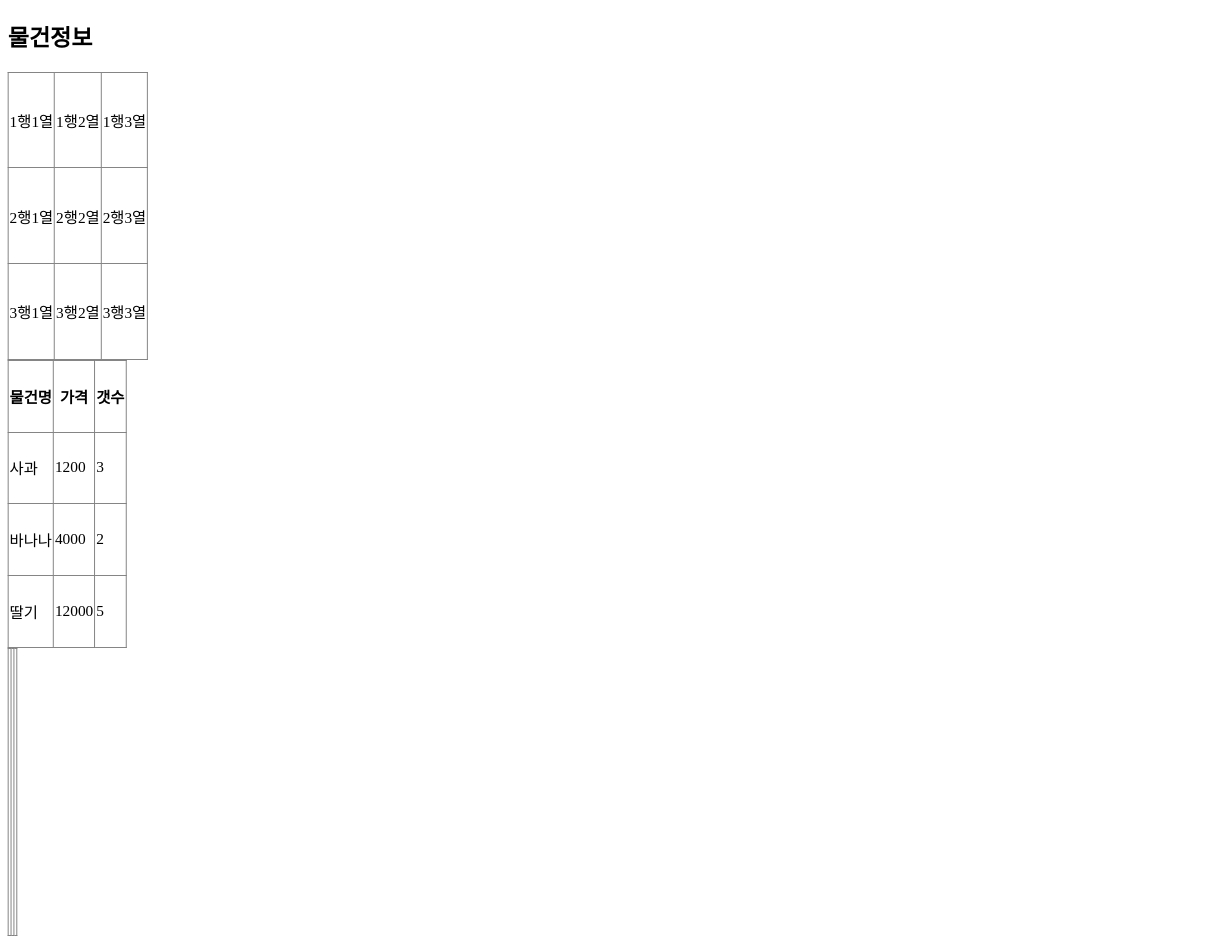
Repository: buildadoor/eclipse
Page: http://localhost/jspexp/z01_homework/a01_answer.jsp
These files come from the project's save history. The page is drawn as it stood at one moment and after the next save; the edit follows.
The browser window is 1280 px wide. The pictures show the whole page, at 96% of full size.
The page is served by Tomcat 9.

Above is the page before, as saved 2022-11-15 01:44:55.

After the next save:
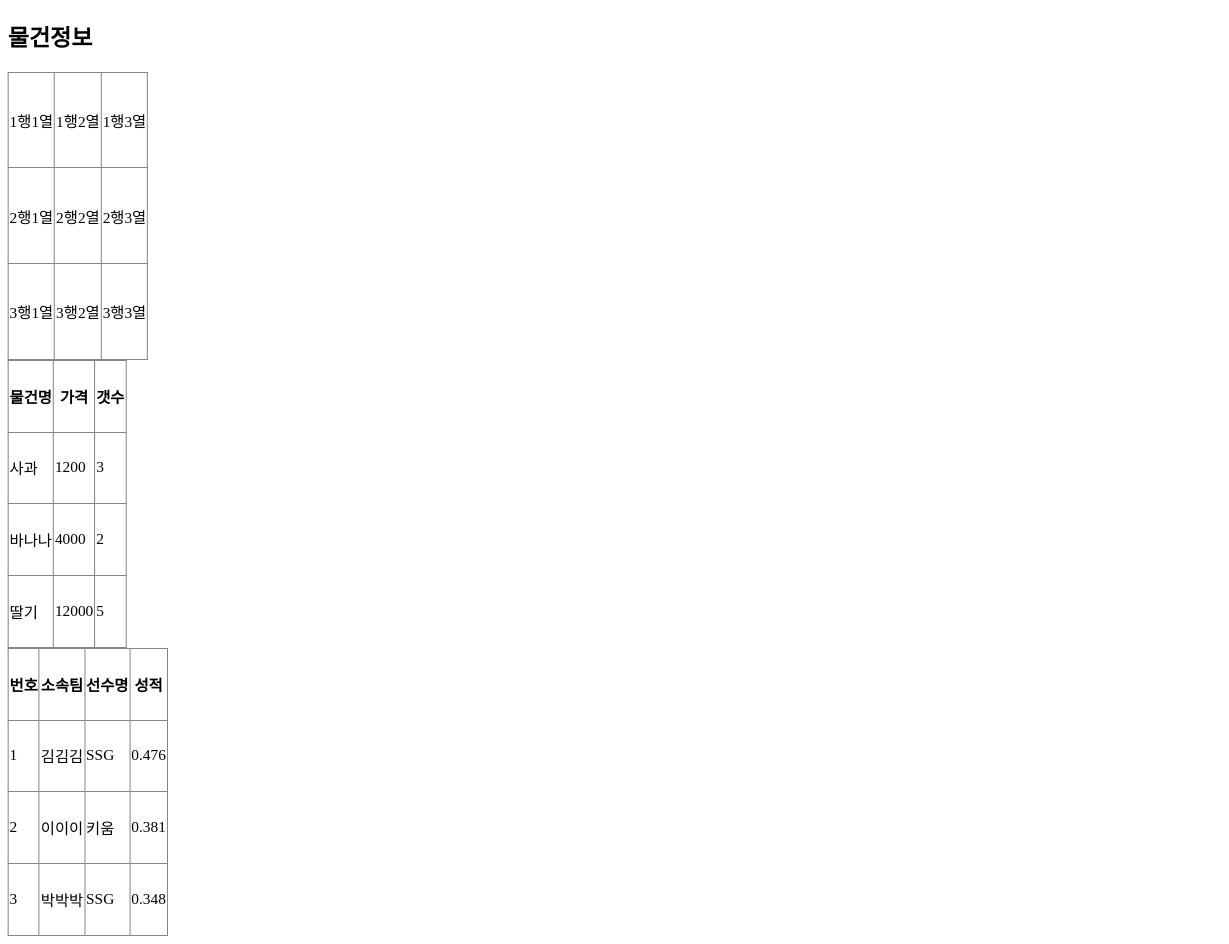
Saved 2 min 54 s later.
--- a/jspexp/src/main/webapp/z01_homework/a01_answer.jsp
+++ b/jspexp/src/main/webapp/z01_homework/a01_answer.jsp
@@ -75,7 +75,10 @@
 	}
 %>
 	<table height="300px" border>
-	<tr><td></td><td></td><td></td></tr>
+	<tr><th>번호</th><th>소속팀</th><th>선수명</th><th>성적</th></tr>
+	<%for(int idx=0;idx<players.length;idx++){%>
+	<tr><td><%=idx+1%></td><td><%=players[idx]%></td><td><%=teams[idx]%></td><td><%=records[idx]%></td></tr>
+	<%}%>
 </table>
 </body>
 </html>
